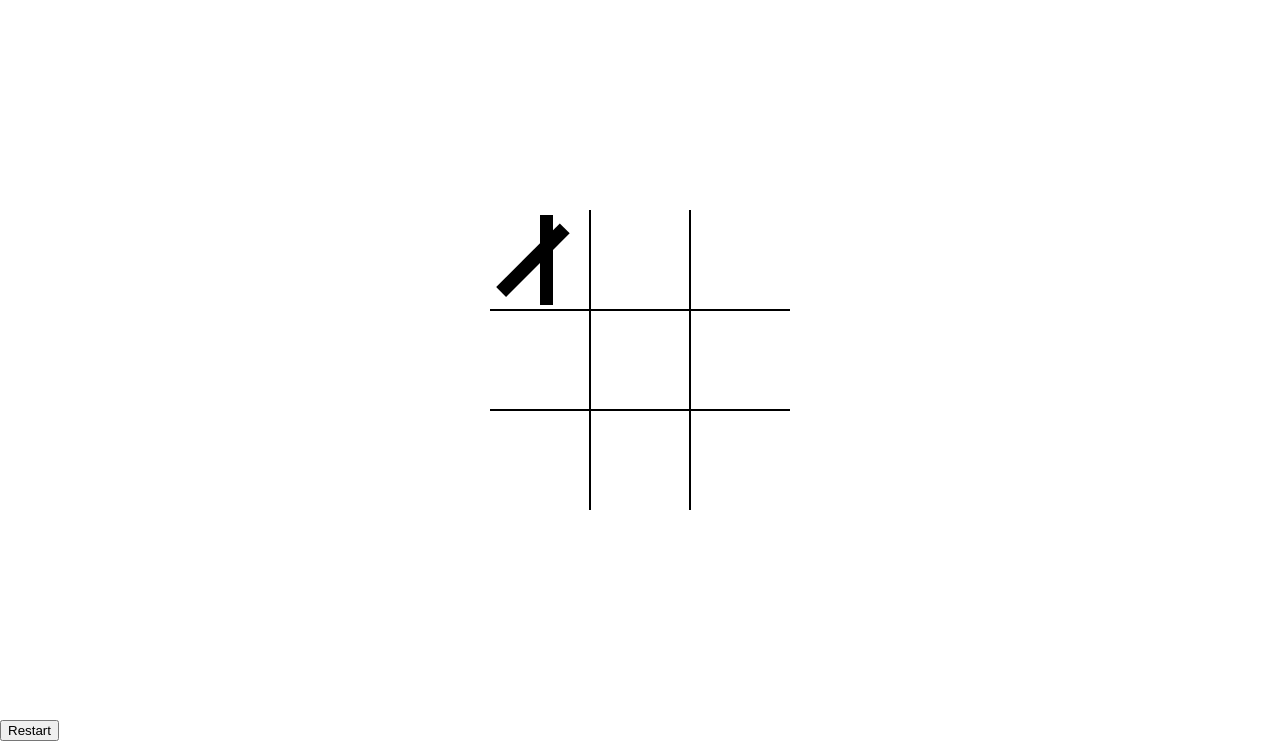
Repository: kate30980/pratice-tictactoe
Page: index.html
The author's editor kept a copy of each file at every save. The page is drawn from the files as they stood at one save, then again after the next save.
The browser window is 1280 px wide. The pictures show the whole page.

Above is the page before, as saved 2021-08-05 22:05:50.
Not found: script.js

After the next save:
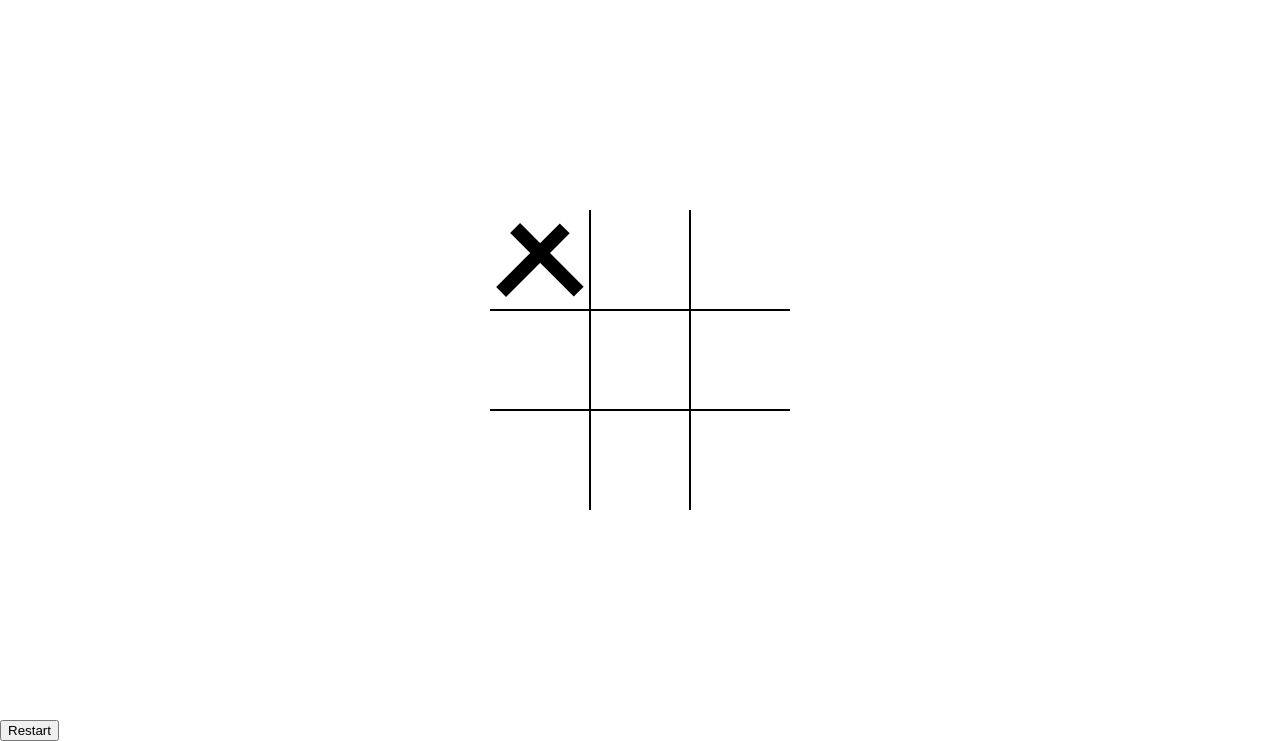
Saved 7 s later.
--- a/styles.css
+++ b/styles.css
@@ -57,6 +57,6 @@ body {
 .cell.x::before {
   transform: rotate(45deg);
 }
-.cell.x::afte {
+.cell.x::after {
   transform: rotate(-45deg);
 }
